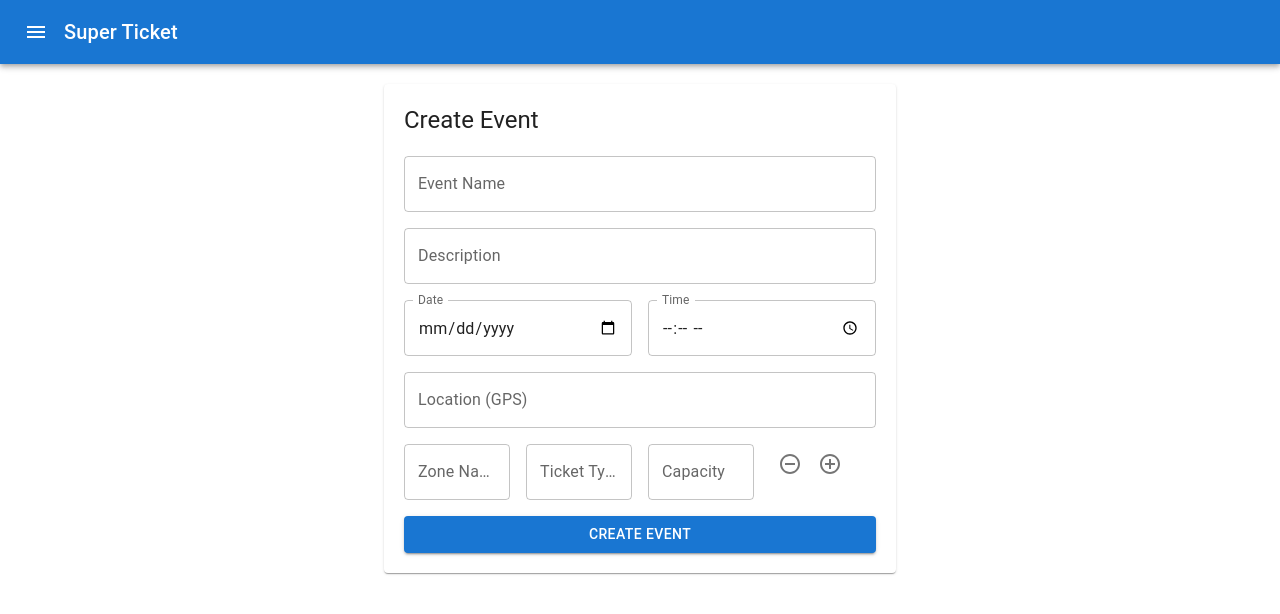
Repository: ferugarte/superticket
Page: /create-event (app in frontend/)
The author's editor kept a copy of each file at every save. The page is drawn from the files as they stood at one save, then again after the next save.
The browser window is 1280 px wide. The pictures show the whole page.
The project was rebuilt for these pictures with package versions that can differ from the ones it lists, and the page was loaded fresh each time. Also part of the build but not shown: frontend/src/components/EventList.jsx, frontend/src/components/EventDetail.jsx, frontend/src/components/TicketList.jsx, frontend/src/components/AssignTicket.jsx, frontend/src/services/api.js, frontend/src/components/VerifyTicket.jsx.

Above is the page before, as saved 2024-04-15 15:48:07.

After the next save:
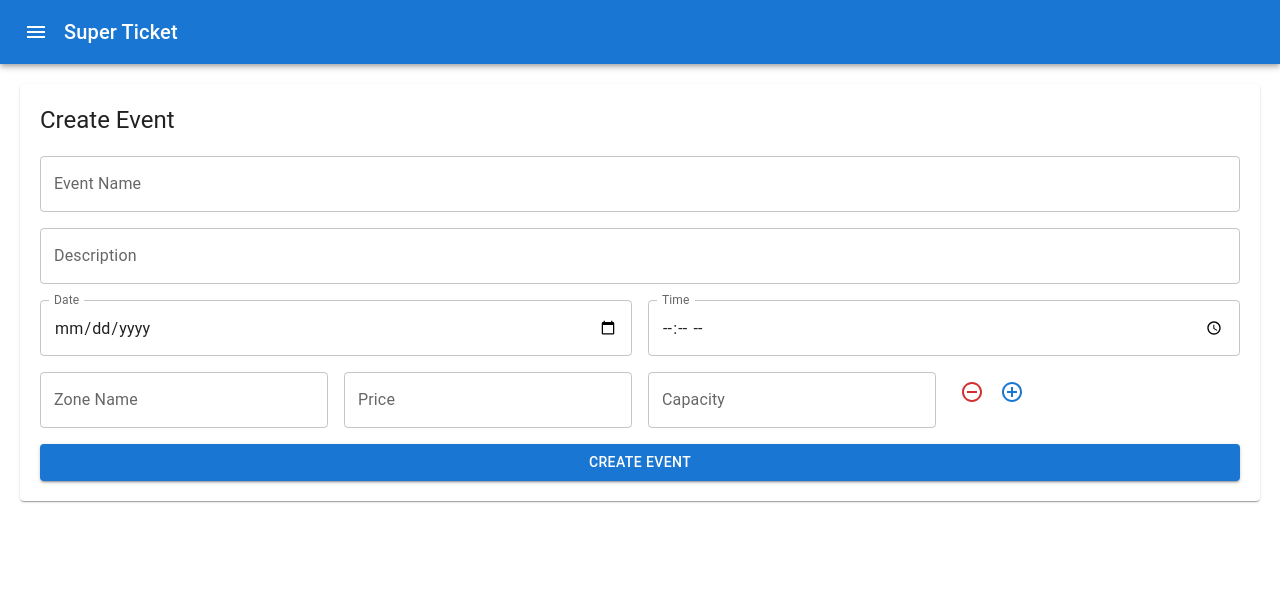
Saved 4 min 54 s later.
--- a/frontend/src/components/CreateEvent.jsx
+++ b/frontend/src/components/CreateEvent.jsx
@@ -1,6 +1,6 @@
 import React, { useState } from 'react';
 import axios from 'axios';
-import { Button, TextField, Paper, Typography, Grid, IconButton, Container } from '@mui/material';
+import { Button, TextField, Paper, Typography, Grid, IconButton } from '@mui/material';
 import AddCircleOutlineIcon from '@mui/icons-material/AddCircleOutline';
 import RemoveCircleOutlineIcon from '@mui/icons-material/RemoveCircleOutline';
 
@@ -9,13 +9,12 @@ function CreateEvent() {
     const [description, setDescription] = useState('');
     const [date, setDate] = useState('');
     const [time, setTime] = useState('');
-    const [location, setLocation] = useState('');
     const [zones, setZones] = useState([
-        { zoneName: '', ticketType: '', capacity: '' }
+        { name: '', price: '', capacity: '' }
     ]);
 
     const handleAddZone = () => {
-        setZones([...zones, { zoneName: '', ticketType: '', capacity: '' }]);
+        setZones([...zones, { name: '', price: '', capacity: '' }]);
     };
 
     const handleRemoveZone = (index) => {
@@ -38,7 +37,6 @@ function CreateEvent() {
             description,
             date,
             time,
-            location,
             zones
         };
         axios.post('http://localhost:3000/api/events', eventData)
@@ -47,7 +45,6 @@ function CreateEvent() {
     };
 
     return (
-        <Container maxWidth="sm">
         <Paper style={{ padding: 20, margin: '20px' }}>
             <Typography variant="h5" component="h3" style={{ marginBottom: 20 }}>
                 Create Event
@@ -58,7 +55,7 @@ function CreateEvent() {
                         <TextField
                             label="Event Name"
                             value={eventName}
-                            onChange={(e) => setEventName(e.target.value)}
+                            onChange={e => setEventName(e.target.value)}
                             fullWidth
                         />
                     </Grid>
@@ -66,7 +63,7 @@ function CreateEvent() {
                         <TextField
                             label="Description"
                             value={description}
-                            onChange={(e) => setDescription(e.target.value)}
+                            onChange={e => setDescription(e.target.value)}
                             fullWidth
                         />
                     </Grid>
@@ -75,7 +72,7 @@ function CreateEvent() {
                             label="Date"
                             type="date"
                             value={date}
-                            onChange={(e) => setDate(e.target.value)}
+                            onChange={e => setDate(e.target.value)}
                             fullWidth
                             InputLabelProps={{ shrink: true }}
                         />
@@ -85,17 +82,9 @@ function CreateEvent() {
                             label="Time"
                             type="time"
                             value={time}
-                            onChange={(e) => setTime(e.target.value)}
+                            onChange={e => setTime(e.target.value)}
                             fullWidth
                             InputLabelProps={{ shrink: true }}
-                        />
-                    </Grid>
-                    <Grid item xs={12}>
-                        <TextField
-                            label="Location (GPS)"
-                            value={location}
-                            onChange={(e) => setLocation(e.target.value)}
-                            fullWidth
                         />
                     </Grid>
                     {zones.map((zone, index) => (
@@ -103,17 +92,18 @@ function CreateEvent() {
                             <Grid item xs={3}>
                                 <TextField
                                     label="Zone Name"
-                                    name="zoneName"
-                                    value={zone.zoneName}
+                                    name="name"
+                                    value={zone.name}
                                     onChange={e => handleChangeZone(index, e)}
                                     fullWidth
                                 />
                             </Grid>
                             <Grid item xs={3}>
                                 <TextField
-                                    label="Ticket Type"
-                                    name="ticketType"
-                                    value={zone.ticketType}
+                                    label="Price"
+                                    name="price"
+                                    type="number"
+                                    value={zone.price}
                                     onChange={e => handleChangeZone(index, e)}
                                     fullWidth
                                 />
@@ -129,11 +119,11 @@ function CreateEvent() {
                                 />
                             </Grid>
                             <Grid item xs={3}>
-                                <IconButton onClick={() => handleRemoveZone(index)}>
+                                <IconButton onClick={() => handleRemoveZone(index)} color="error">
                                     <RemoveCircleOutlineIcon />
                                 </IconButton>
                                 {index === zones.length - 1 && (
-                                    <IconButton onClick={handleAddZone}>
+                                    <IconButton onClick={handleAddZone} color="primary">
                                         <AddCircleOutlineIcon />
                                     </IconButton>
                                 )}
@@ -148,7 +138,6 @@ function CreateEvent() {
                 </Grid>
             </form>
         </Paper>
-        </Container>
     );
 }
 
